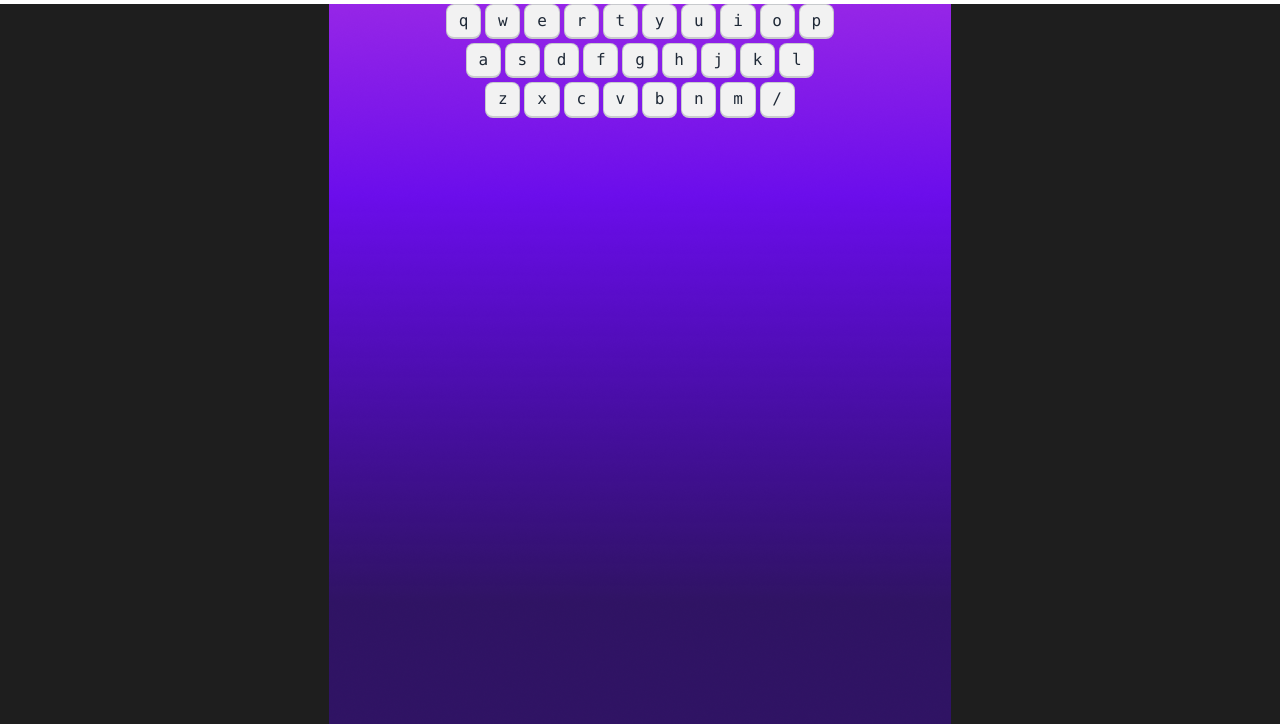
Repository: RudrasahaDibos/Alphabet-clash-
Page: index.html
The author's editor kept a copy of each file at every save. The page is drawn from the files as they stood at one save, then again after a run of saves.
The browser window is 1280 px wide. The pictures show the whole page.
Some web fonts or font styles are not loaded; a fallback is used. Some web libraries are served in a nearby version.

Above is the page before, as saved 2024-11-04 11:52:58.

### index.html
<!DOCTYPE html>
<html lang="en">
    <head>
        <meta charset="UTF-8">
        <meta name="viewport" content="width=device-width, initial-scale=1.0">
        <title>Alphabet Clash</title>
        <!-- daisy apa -->
        <link
            href="https://cdn.jsdelivr.net/npm/daisyui@4.12.14/dist/full.min.css"
            rel="stylesheet" type="text/css" />
        <script src="https://cdn.tailwindcss.com"></script>

        <!-- custom css  -->
        <link rel="stylesheet" href="style.css">

    </head>
    <body>
        <main
            class="bg-[#1E1E1E] min-h-screen bg-[url(images/background.png)] bg-no-repeat bg-center ">
            <!-- home screen  start here -->
            <section class="min-h-screen flex justify-center items-center hidden">
                <div class="flex flex-col justify-center items-center gap-10 ">
                    <h1
                        class="text-white text-8xl font-extrabold anton-sc-regular uppercase ">ALPHABET
                        CLASH</h1>
                    <p class="text-white ">Unleash Your Keyboard Kung Fu : Press
                        “Enter” to Play</p>
                    <button class="btn bg-white text-black">Play Now </button>
                </div>
            </section>
            <!-- home screen end here -->
            <!-- midlle screen start here -->
            <section>
                    <!-- display screen start here -->

                     <!-- dispaly screen end here -->

                     <!-- keyboard start here  -->
                               <div>
                                <div class="my-1 flex w-full justify-center gap-1">
                                    <kbd class="kbd">q</kbd>
                                    <kbd class="kbd">w</kbd>
                                    <kbd class="kbd">e</kbd>
                                    <kbd class="kbd">r</kbd>
                                    <kbd class="kbd">t</kbd>
                                    <kbd class="kbd">y</kbd>
                                    <kbd class="kbd">u</kbd>
                                    <kbd class="kbd">i</kbd>
                                    <kbd class="kbd">o</kbd>
                                    <kbd class="kbd">p</kbd>
                                  </div>
                                  <div class="my-1 flex w-full justify-center gap-1">
                                    <kbd class="kbd">a</kbd>
                                    <kbd class="kbd">s</kbd>
                                    <kbd class="kbd">d</kbd>
                                    <kbd class="kbd">f</kbd>
                                    <kbd class="kbd">g</kbd>
                                    <kbd class="kbd">h</kbd>
                                    <kbd class="kbd">j</kbd>
                                    <kbd class="kbd">k</kbd>
                                    <kbd class="kbd">l</kbd>
                                  </div>
                                  <div class="my-1 flex w-full justify-center gap-1">
                                    <kbd class="kbd">z</kbd>
                                    <kbd class="kbd">x</kbd>
                                    <kbd class="kbd">c</kbd>
                                    <kbd class="kbd">v</kbd>
                                    <kbd class="kbd">b</kbd>
                                    <kbd class="kbd">n</kbd>
                                    <kbd class="kbd">m</kbd>
                                    <kbd class="kbd">/</kbd>
                                  </div>
                               </div>
                      <!-- keyboard end here -->

                      <!-- life and scrore button here -->

                      <!-- life and scrore button end here -->
            </section>
            <!-- midlle screen end here -->
             <!-- last screen start here -->
            <section>

            </section>
            <!-- last screen end here -->
        </main>
    </body>
</html>

### style.css


@import url('https://fonts.googleapis.com/css2?family=Anton+SC&family=Manrope:wght@200..800&display=swap');


.font-manrope {
    font-family: "Manrope", serif;
  }

  .anton-sc-regular {
    font-family: "Anton SC", sans-serif;
  }

After the next 3 saves:
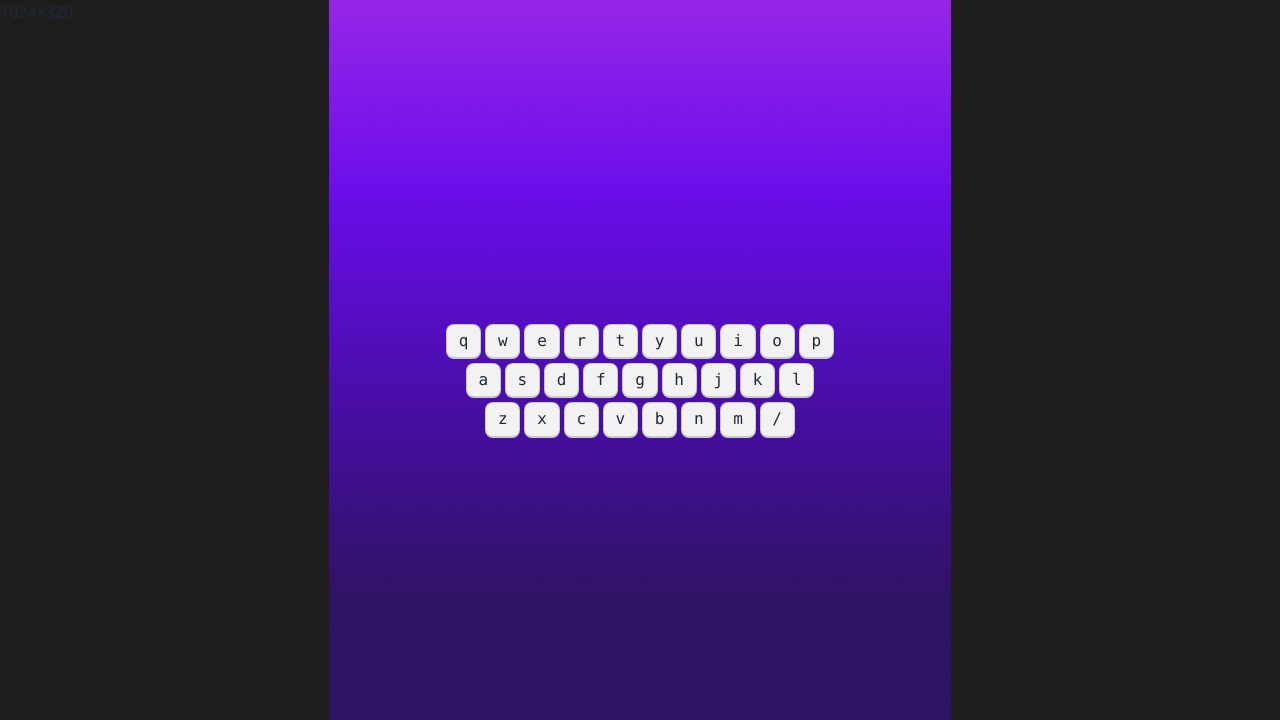
The 3 saves are shown as one change because they came seconds apart.
The last was saved 49 s later.
--- a/index.html
+++ b/index.html
@@ -32,7 +32,9 @@
             <!-- midlle screen start here -->
             <section>
                     <!-- display screen start here -->
-
+                    <div class="artboard artboard-horizontal phone-6">
+                        1024×320
+                    </div>
                      <!-- dispaly screen end here -->
 
                      <!-- keyboard start here  -->
